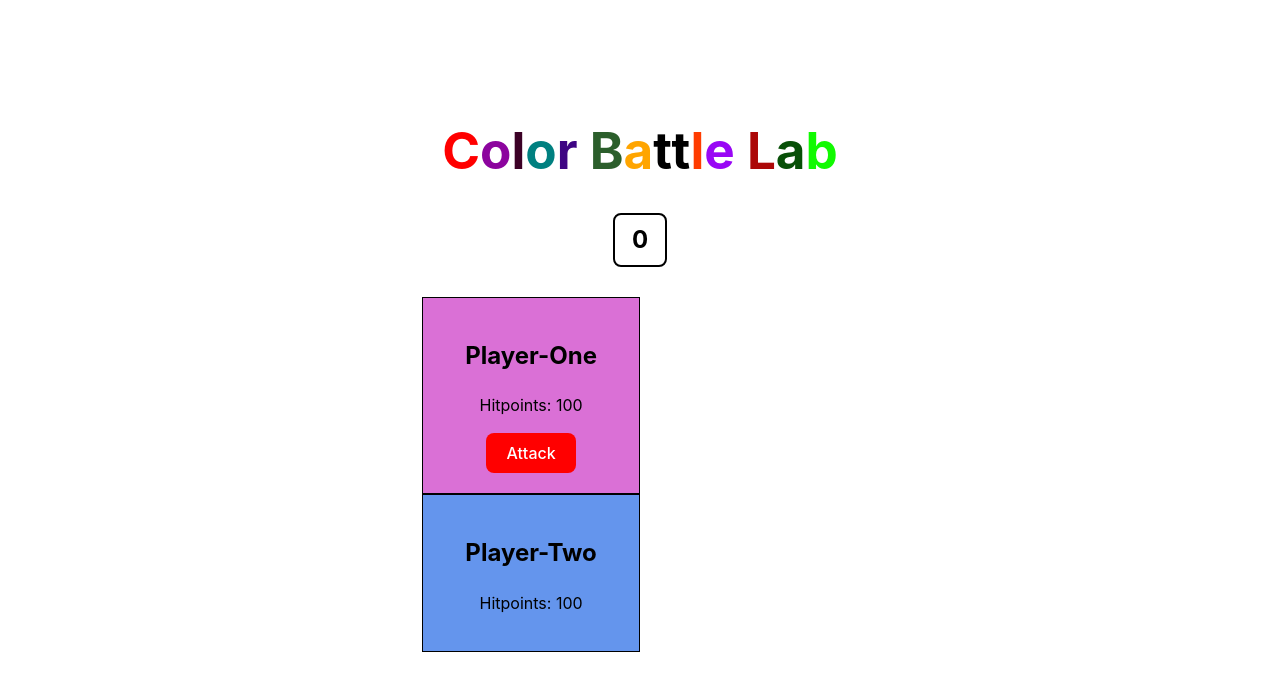
Repository: RAWdevX21/color-battle_lab-build
Page: /
The author's editor kept a copy of each file at every save. The page is drawn from the files as they stood at one save, then again after the next save.
The browser window is 1280 px wide. The pictures show the whole page.
The project was rebuilt for these pictures with package versions that can differ from the ones it lists, and the page was loaded fresh each time. Also part of the build but not shown: vite.config.js.

Above is the page before, as saved 2023-08-17 02:29:24.

After the next save:
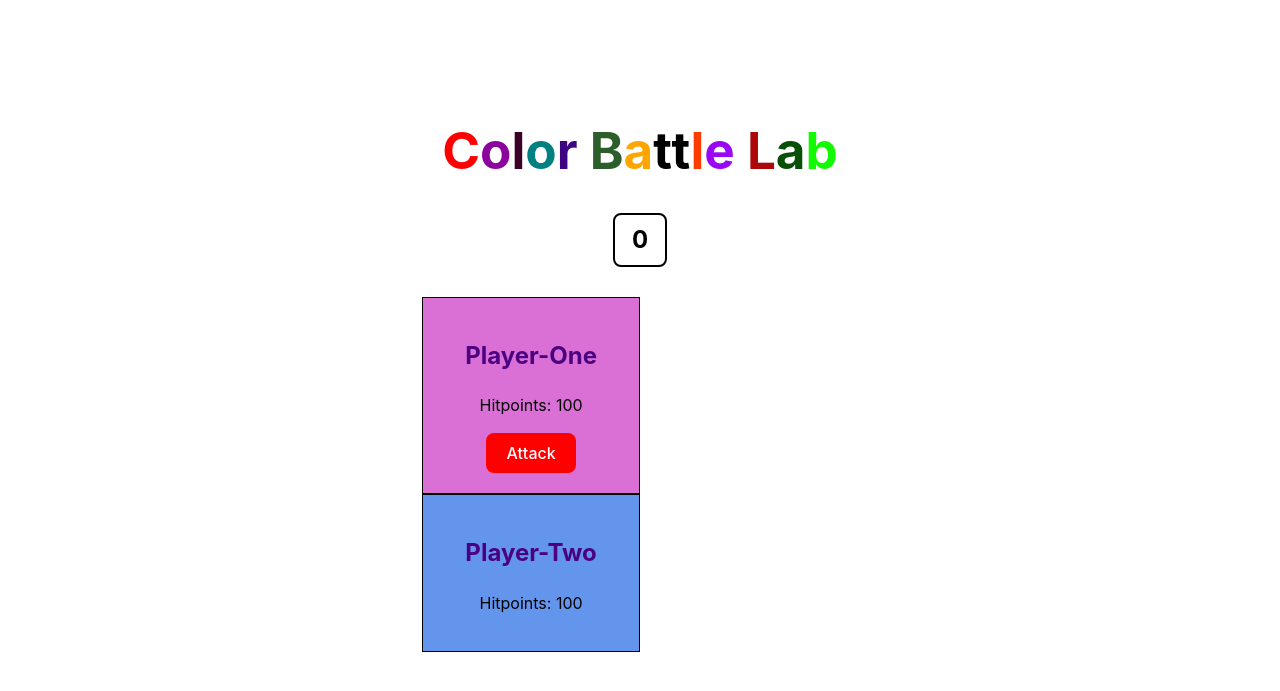
Saved 46 s later.
--- a/src/App.css
+++ b/src/App.css
@@ -5,6 +5,6 @@
   text-align: center;
 }
 
-Player {
+h2 {
   color: indigo;
 }
